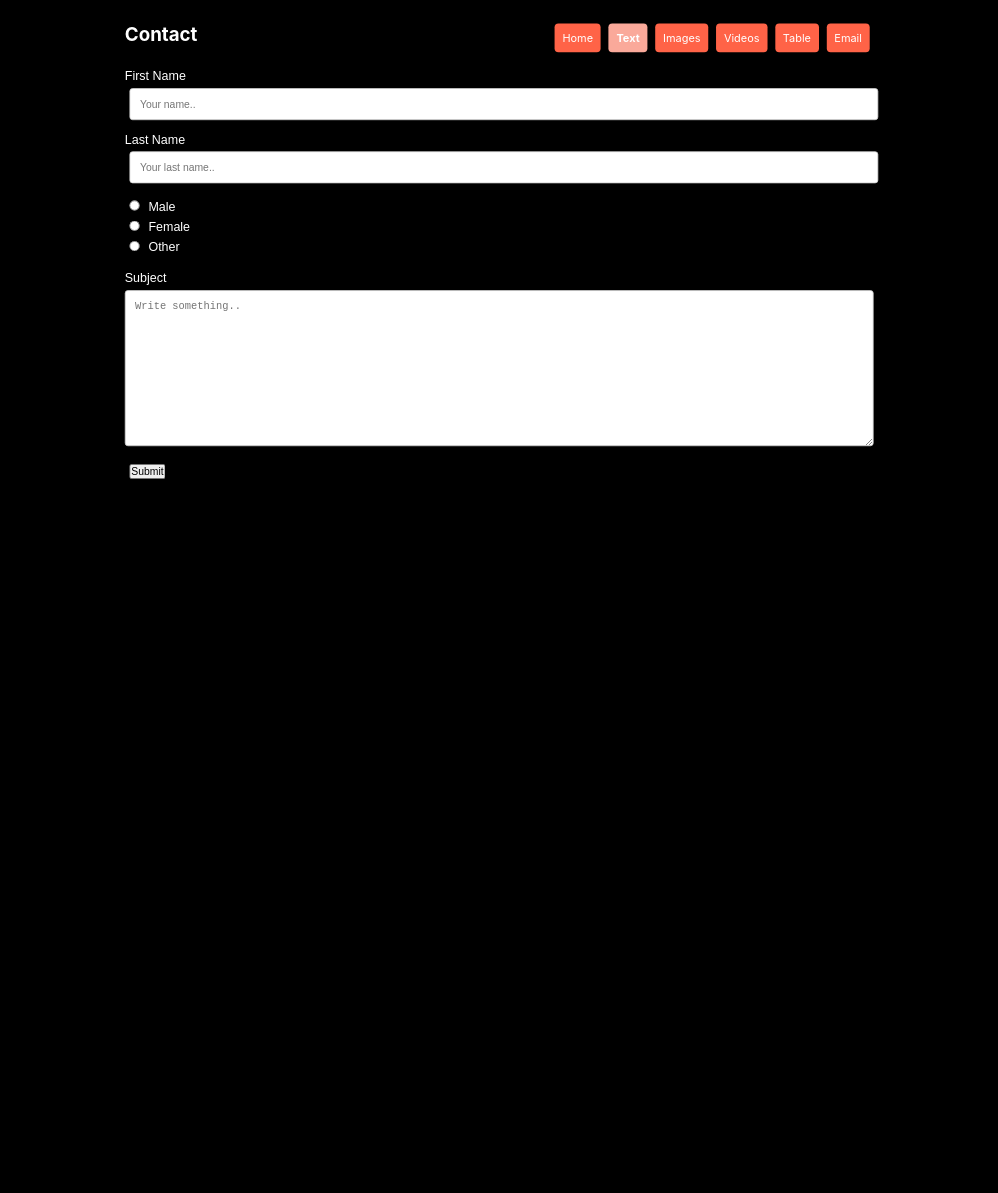
Repository: luhan68/personal_website
Page: text.html
The author's editor kept a copy of each file at every save. The page is drawn from the files as they stood at one save, then again after the next save.
The browser window is 1280 px wide. The pictures show the whole page, at 78% of full size.

Above is the page before, as saved 2021-01-30 23:13:07.

After the next save:
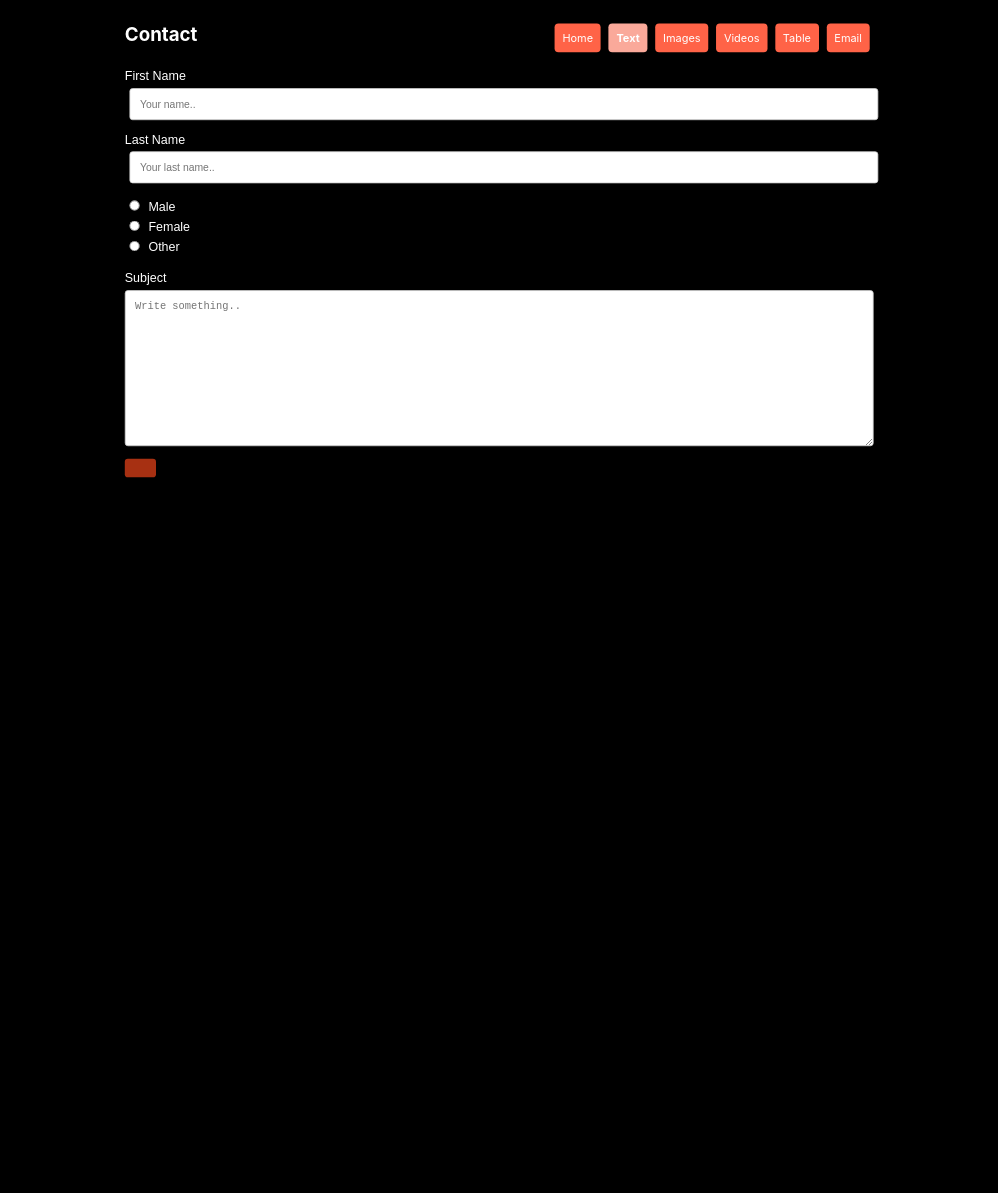
Saved 25 s later.
--- a/text.html
+++ b/text.html
@@ -39,7 +39,7 @@
             <label for="subject">Subject</label>
             <textarea id="subject" name="subject" placeholder="Write something.." style="height:200px"></textarea>
 
-            <input type="submit" value="Submit">
+            <button class="sumbitBtn" type="submit" value="Submit">
 
           </form>
         </div>
